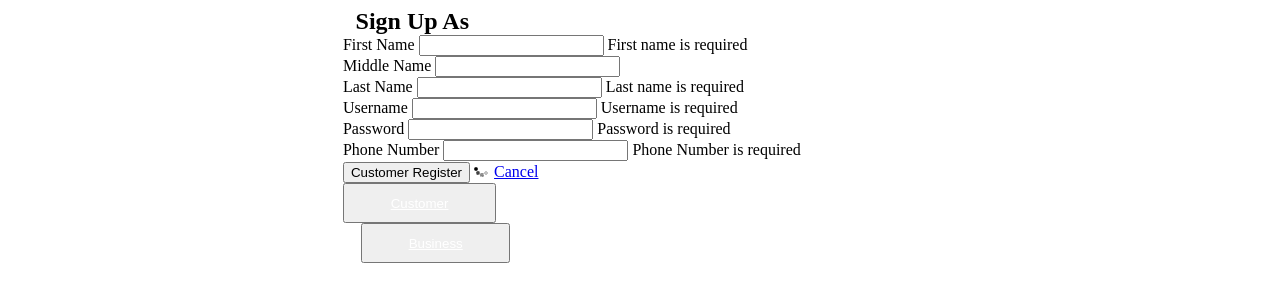
Repository: jsah9105/goandbook
Page: http://localhost/letgetbook/view/signupPage.jsp
These files come from the project's save history. The page is drawn as it stood at one moment and after the next save; the edit follows.
The browser window is 1280 px wide. The pictures show the whole page.
The page is served by Tomcat 9. Other server files are loaded and not shown.

Above is the page before, as saved 2017-01-08 03:29:34.

### letgetbook/src/main/webapp/view/signupPage.jsp
<section id="section1">

	<div class="container">
		<div style="width: 50%; margin: auto;">
			<h2 style="color: black; margin: auto; margin-left: 5%;">Sign Up As</h2>

			<div class="form-actions" style="margin: auto; margin-left: 3%">
			<form name="form" ng-submit="vm.register()" role="form">
        <table>
        <div class="form-group" ng-class="{ 'has-error': form.custFirstName.$dirty && form.custFirstName.$error.required }">
            <label for="custFirstName"> First Name</label>
            <input type="text" name="custFirstName" id="custFirstName" class="form-control" ng-model="vm.user.custFirstName" required />
            <span ng-show="form.custFirstName.$dirty && form.custFirstName.$error.required" class="help-block">First name is required</span>
        </div>
        <div class="form-group" >
            <label for="custMiddleName">Middle Name</label>
            <input type="text" name="custMiddleName" id="custMiddleName" class="form-control" ng-model="vm.user.custMiddleName"  />
        </div>
        <div class="form-group" ng-class="{ 'has-error': form.custLastName.$dirty && form.custLastName.$error.required }">
            <label for="custLastName"> Last Name</label>
            <input type="text" name="custFirstName" id="custLastName" class="form-control" ng-model="vm.user.custLastName" required />
            <span ng-show="form.custLastName.$dirty && form.custLastName.$error.required" class="help-block">Last name is required</span>
        </div>
        <div class="form-group" ng-class="{ 'has-error': form.username.$dirty && form.userName.$error.required }">
            <label for="userName">Username</label>
            <input type="text" name="username" id="userName" class="form-control" ng-model="vm.user.userName" required />
            <span ng-show="form.username.$dirty && form.userName.$error.required" class="help-block">Username is required</span>
        </div>
        <div class="form-group" ng-class="{ 'has-error': form.password.$dirty && form.password.$error.required }">
            <label for="password">Password</label>
            <input type="password" name="password" id="password" class="form-control" ng-model="vm.user.password" required />
            <span ng-show="form.password.$dirty && form.password.$error.required" class="help-block">Password is required</span>
        </div>
        <div class="form-group" ng-class="{ 'has-error': form.password.$dirty && form.password.$error.required }">
            <label for="phone">Phone Number</label>
            <input type="text" name="phone1" id="phone1" class="form-control" ng-model="vm.user.phone1" required />
            <span ng-show="form.phone1.$dirty && form.phone1.$error.required" class="help-block">Phone Number is required</span>
        </div>

        <div class="form-actions">
            <button type="submit" ng-disabled="form.$invalid || vm.dataLoading" class="btn btn-primary">Customer Register</button>
            <img ng-if="vm.dataLoading" src="data:[embedded picture, 922 characters]" />
            <a href="#/" class="btn btn-link">Cancel</a>
        </div>
    </form>

				<button class="btn btn-primary" style="width: 25%; height: 40px;">
					<a href="#forgetPassword" style="color: white;">Customer</a>
				</button>
				<br>
			</div>
			<div class="form-actions" style="margin: auto; margin-left: 3%">
				<button class="btn btn-primary" style="width: 25%; height: 40px;">
					<a href="#sellerpersonalInfo" style="color: white;">Business</a>
				</button>
			</div>



		</div>
	</div>
</section>

After the next save:
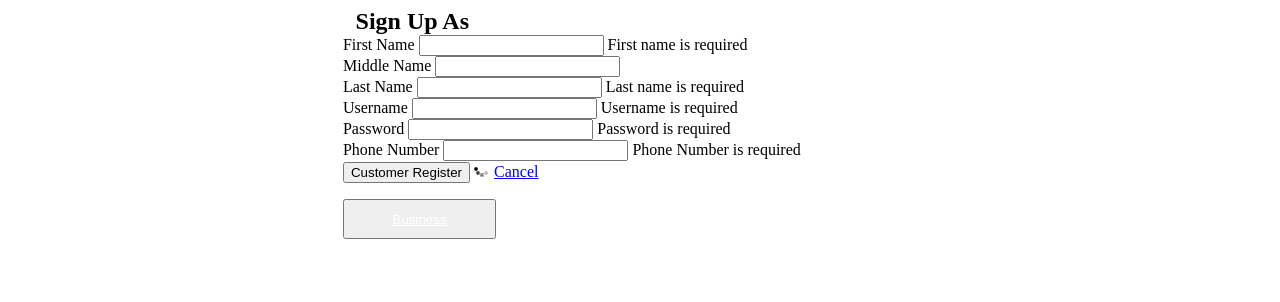
Saved 2 min 3 s later.
--- a/letgetbook/src/main/webapp/view/signupPage.jsp
+++ b/letgetbook/src/main/webapp/view/signupPage.jsp
@@ -42,12 +42,10 @@
             <img ng-if="vm.dataLoading" src="data:[embedded picture, 922 characters]" />
             <a href="#/" class="btn btn-link">Cancel</a>
         </div>
+        </table>
     </form>
 
-				<button class="btn btn-primary" style="width: 25%; height: 40px;">
-					<a href="#forgetPassword" style="color: white;">Customer</a>
-				</button>
-				<br>
+
 			</div>
 			<div class="form-actions" style="margin: auto; margin-left: 3%">
 				<button class="btn btn-primary" style="width: 25%; height: 40px;">
